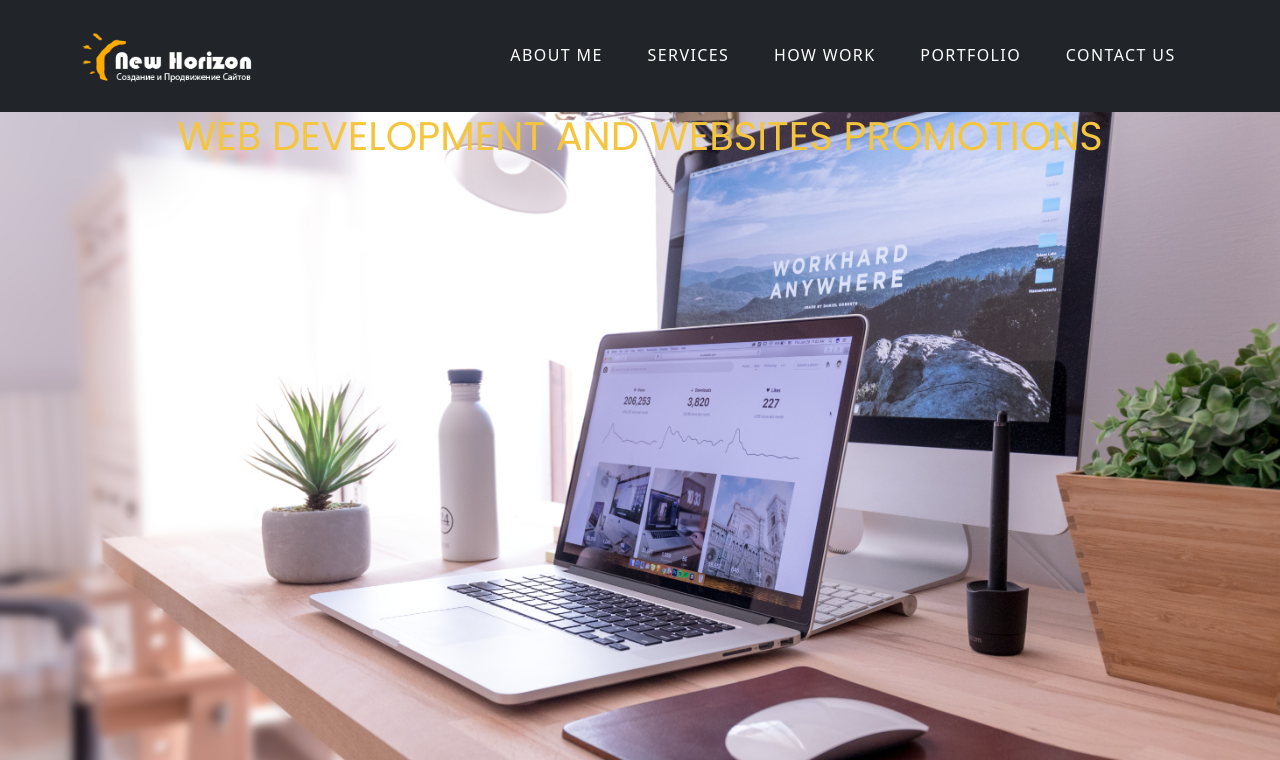
Repository: ahmedibrahimhassan654/React-Bootstrap-5
Page: /
An editor plug-in stored every save of this project. The page is shown before and after the next save, followed by the edit.
The browser window is 1280 px wide. The pictures show the whole page.
The project was rebuilt for these pictures with package versions that can differ from the ones it lists, and the page was loaded fresh each time.

Above is the page before, as saved 2021-11-25 05:25:06.

After the next save:
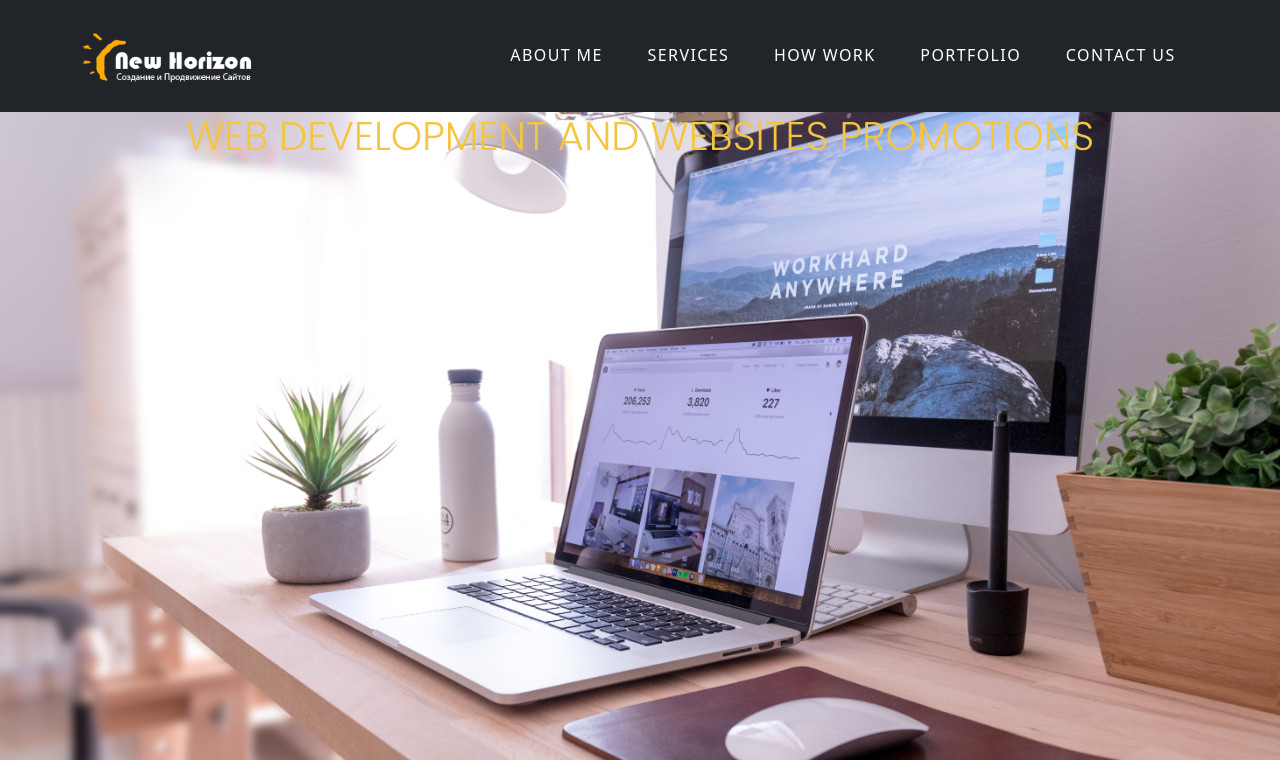
Saved 6 s later.
--- a/src/App.css
+++ b/src/App.css
@@ -63,5 +63,5 @@
 .maininfo h1 {
   color: var(--primary-orage);
   text-transform: uppercase;
-  font-weight: ;
+  font-weight: lighter;
 }

After the save that followed:
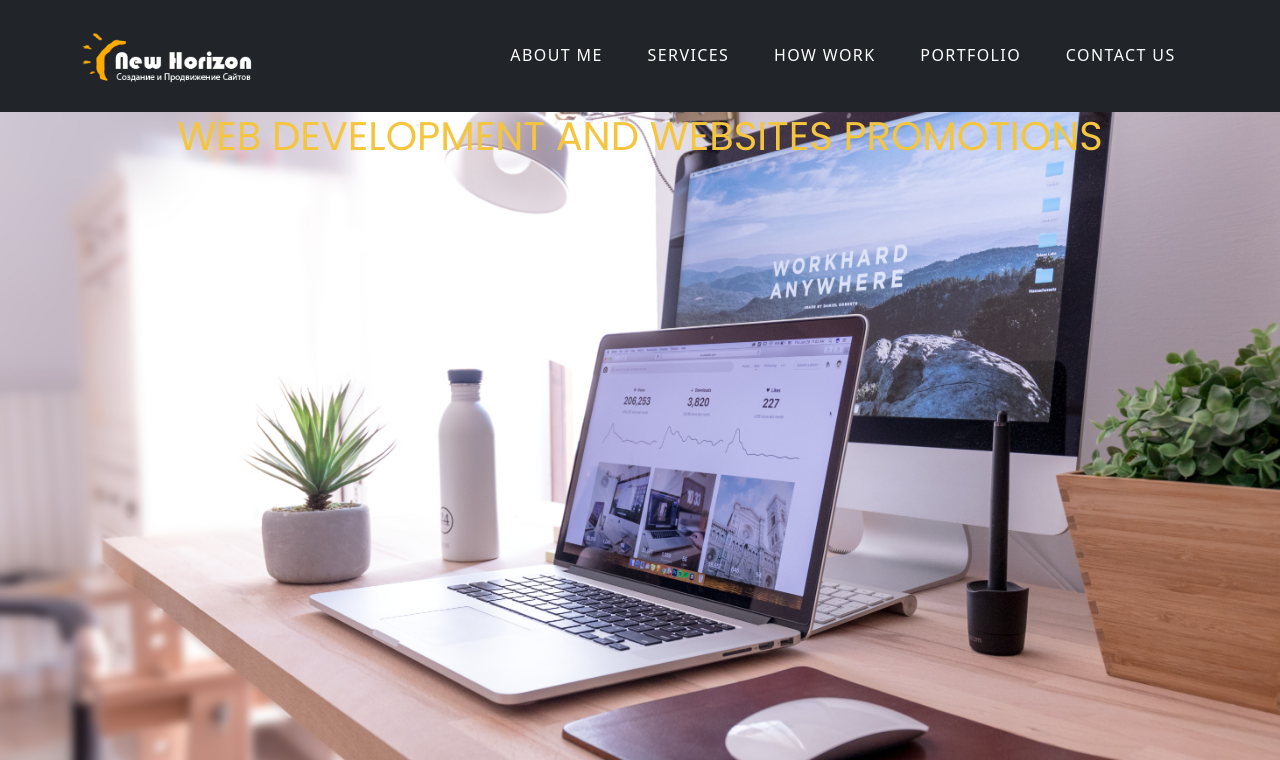
Saved 8 s later.
--- a/src/App.css
+++ b/src/App.css
@@ -63,5 +63,5 @@
 .maininfo h1 {
   color: var(--primary-orage);
   text-transform: uppercase;
-  font-weight: lighter;
+  font-weight: 10px;
 }
